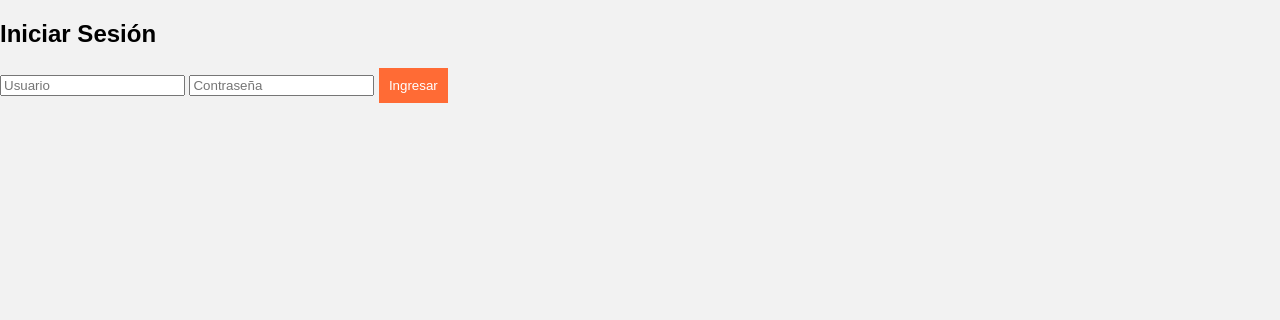
Repository: M1soca/CucharaBrava
Page: index.html
An editor plug-in stored every save of this project. The page is shown before and after the next save, followed by the edit.
The browser window is 1280 px wide. The pictures show the whole page.

Above is the page before, as saved 2026-04-30 19:42:15.

### index.html
<!DOCTYPE html>
<html lang="es">
<head>
    <meta charset="UTF-8">
    <title>Login - La Cuchara Brava</title>
    <link rel="stylesheet" href="styles.css">
</head>
<body>

    <div class="login-container">
        <h2>Iniciar Sesión</h2>

        <form id="loginForm">
            <input type="text" id="usuario" placeholder="Usuario" required>
            <input type="password" id="password" placeholder="Contraseña" required>
            <button type="submit">Ingresar</button>
        </form>

        <p id="mensaje"></p>
    </div>

    <script src="script.js"></script>
</body>
</html>

### styles.css
body {
    font-family: Arial;
    margin: 0;
    background: #f2f2f2;
}

/* LOGIN */
#login {
    text-align: center;
    margin-top: 100px;
}

#login input {
    display: block;
    margin: 10px auto;
    padding: 10px;
    width: 200px;
}

button {
    padding: 10px;
    background: #ff6b35;
    color: white;
    border: none;
    cursor: pointer;
}

button:hover {
    background: #e85a2a;
}

/* APP */
.hidden {
    display: none;
}

header {
    background: #333;
    color: white;
    padding: 10px;
    display: flex;
    justify-content: space-between;
}

.form {
    background: white;
    padding: 15px;
    margin: 10px;
}

.form input, .form select {
    margin: 5px;
    padding: 8px;
}

/* MESAS */
#mesas {
    display: grid;
    grid-template-columns: repeat(5, 60px);
    gap: 10px;
    margin: 10px;
}

.mesa {
    width: 60px;
    height: 60px;
    background: green;
    color: white;
    display: flex;
    align-items: center;
    justify-content: center;
    cursor: pointer;
}

.ocupada {
    background: red;
}

/* LISTAS */
ul {
    background: white;
    margin: 10px;
    padding: 10px;
}

### script.js
let reservas = JSON.parse(localStorage.getItem("reservas")) || [];
let mesaSeleccionada = null;

// LOGIN
function login() {
    let u = document.getElementById("usuario").value;
    let p = document.getElementById("password").value;

    if (u === "admin" && p === "1234") {
        document.getElementById("login").classList.add("hidden");
        document.getElementById("app").classList.remove("hidden");

        cargarMesas();
        cargarCarta();
        cargarReservas();
    } else {
        document.getElementById("mensaje").textContent = "Error de login";
    }
}

function logout() {
    location.reload();
}

// MESAS
function cargarMesas() {
    let cont = document.getElementById("mesas");
    cont.innerHTML = "";

    for (let i = 1; i <= 15; i++) {
        let div = document.createElement("div");
        div.classList.add("mesa");
        div.textContent = i;

        // verificar si está ocupada
        if (reservas.find(r => r.mesa == i)) {
            div.classList.add("ocupada");
        }

        div.onclick = () => {
            mesaSeleccionada = i;
            alert("Mesa seleccionada: " + i);
        };

        cont.appendChild(div);
    }
}

// CARTA
function cargarCarta() {
    let carta = [
        "Ceviche",
        "Lomo Saltado",
        "Arroz con Mariscos",
        "Parrilla",
        "Postres"
    ];

    let ul = document.getElementById("carta");
    ul.innerHTML = "";

    carta.forEach(p => {
        let li = document.createElement("li");
        li.textContent = p;
        ul.appendChild(li);
    });
}

// RESERVA
function crearReserva() {

    if (!mesaSeleccionada) {
        alert("Selecciona una mesa");
        return;
    }

    let nueva = {
        cliente: document.getElementById("cliente").value,
        servicio: document.getElementById("servicio").value,
        fecha: document.getElementById("fecha").value,
        piso: document.getElementById("piso").value,
        ubicacion: document.getElementById("ubicacion").value,
        evento: document.getElementById("evento").value,
        mesa: mesaSeleccionada
    };

    reservas.push(nueva);
    localStorage.setItem("reservas", JSON.stringify(reservas));

    mesaSeleccionada = null;

    cargarReservas();
    cargarMesas();
}

// LISTAR
function cargarReservas() {
    let ul = document.getElementById("lista");
    ul.innerHTML = "";

    reservas.forEach(r => {
        let li = document.createElement("li");
        li.textContent = `${r.cliente} - Mesa ${r.mesa} - ${r.servicio} - ${r.piso}`;
        ul.appendChild(li);
    });
}

After the next save:
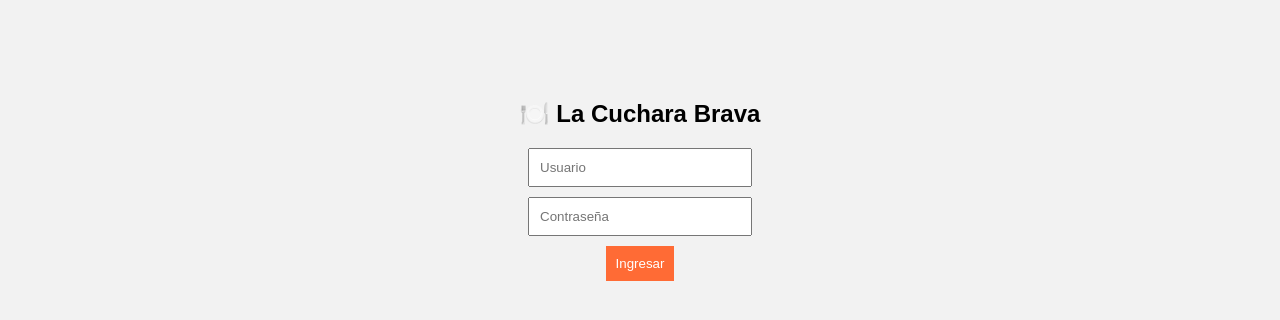
Saved 10 s later.
--- a/index.html
+++ b/index.html
@@ -1,24 +1,74 @@
 <!DOCTYPE html>
 <html lang="es">
 <head>
-    <meta charset="UTF-8">
-    <title>Login - La Cuchara Brava</title>
-    <link rel="stylesheet" href="styles.css">
+<meta charset="UTF-8">
+<title>La Cuchara Brava</title>
+<link rel="stylesheet" href="styles.css">
 </head>
 <body>
 
-    <div class="login-container">
-        <h2>Iniciar Sesión</h2>
+<!-- LOGIN -->
+<div id="login">
+    <h2>🍽️ La Cuchara Brava</h2>
+    <input type="text" id="usuario" placeholder="Usuario">
+    <input type="password" id="password" placeholder="Contraseña">
+    <button onclick="login()">Ingresar</button>
+    <p id="mensaje"></p>
+</div>
 
-        <form id="loginForm">
-            <input type="text" id="usuario" placeholder="Usuario" required>
-            <input type="password" id="password" placeholder="Contraseña" required>
-            <button type="submit">Ingresar</button>
-        </form>
+<!-- APP -->
+<div id="app" class="hidden">
 
-        <p id="mensaje"></p>
+    <header>
+        <h2>Reservas de Mesas</h2>
+        <button onclick="logout()">Salir</button>
+    </header>
+
+    <!-- FORM -->
+    <div class="form">
+        <input type="text" id="cliente" placeholder="Nombre del cliente">
+
+        <select id="servicio">
+            <option>Desayuno</option>
+            <option>Almuerzo</option>
+            <option>Cena</option>
+        </select>
+
+        <input type="date" id="fecha">
+
+        <select id="piso">
+            <option>Piso 1</option>
+            <option>Piso 2</option>
+        </select>
+
+        <select id="ubicacion">
+            <option>Interior</option>
+            <option>Balcón</option>
+        </select>
+
+        <select id="evento">
+            <option>Sin evento</option>
+            <option>Música en vivo</option>
+            <option>Show</option>
+        </select>
+
+        <button onclick="crearReserva()">Reservar</button>
     </div>
 
-    <script src="script.js"></script>
+    <!-- MESAS -->
+    <h3>Mapa de Mesas</h3>
+    <div id="mesas"></div>
+
+    <!-- CARTA -->
+    <h3>Carta</h3>
+    <ul id="carta"></ul>
+
+    <!-- RESERVAS -->
+    <h3>Reservas</h3>
+    <ul id="lista"></ul>
+
+</div>
+
+<script src="script.js"></script>
 </body>
 </html>
